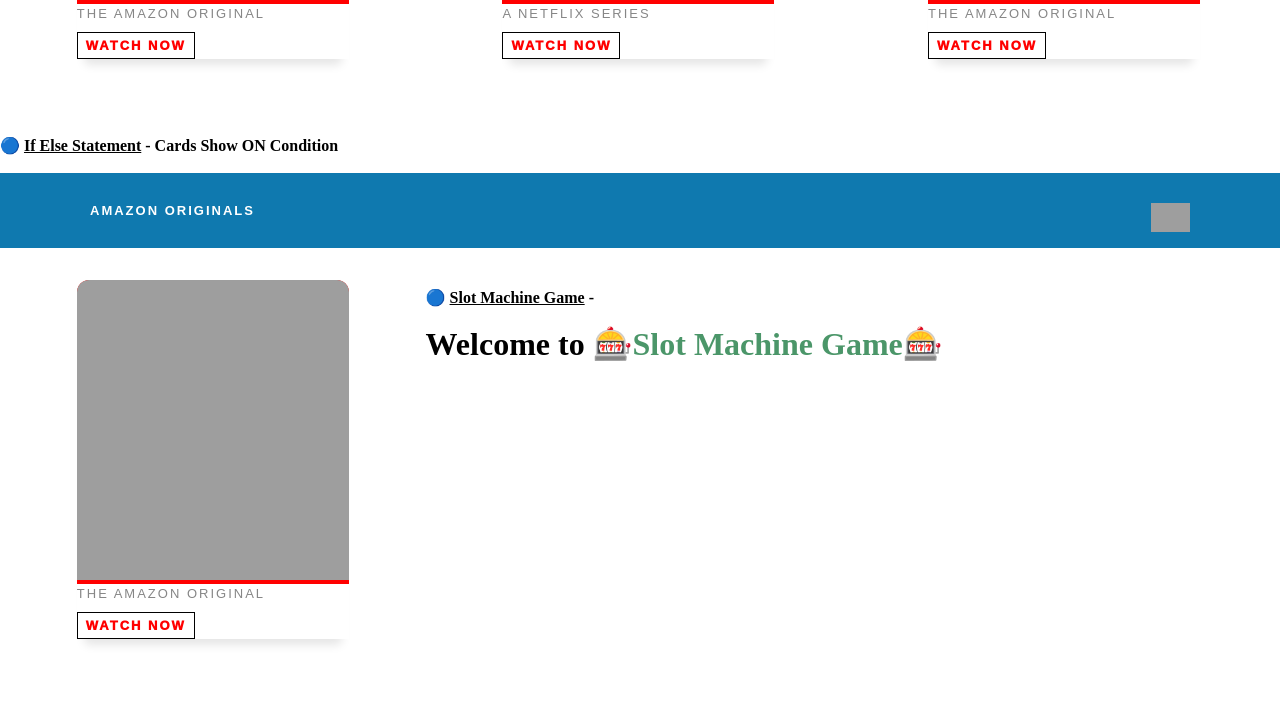
Repository: AalokJadhav/Being_ReactJS
Page: /
These files come from the project's save history. The page is drawn as it stood at one moment and after the next save; the edit follows.
The browser window is 1280 px wide. The pictures show the part of the page from y = 2507 to 3224 px (the page is 3224 px tall).
Pictures or frames that could not be fetched are drawn as grey boxes. Some web fonts or font styles are not loaded; a fallback is used. The project was rebuilt for these pictures with package versions that can differ from the ones it lists, and the page was loaded fresh each time.

Above is the page before, as saved 2021-10-19 20:36:15.

### public/index.html
<!DOCTYPE html>
<html lang="en">

<head>
  <meta charset="utf-8" />
  <link rel="icon" href="%PUBLIC_URL%/favicon.ico" />
  <meta name="viewport" content="width=device-width, initial-scale=1" />
  <meta name="theme-color" content="#000000" />
  <meta name="description" content="Web site created using create-react-app" />
  <link rel="apple-touch-icon" href="%PUBLIC_URL%/logo192.png" />
  <!--
      manifest.json provides metadata used when your web app is installed on a
      user's mobile device or desktop. See https://developers.google.com/web/fundamentals/web-app-manifest/
    -->
  <link rel="manifest" href="%PUBLIC_URL%/manifest.json" />
  <link rel="preconnect" href="https://fonts.googleapis.com">
  <link rel="preconnect" href="https://fonts.gstatic.com" crossorigin>
  <link rel="preconnect" href="https://fonts.googleapis.com">
  <link rel="preconnect" href="https://fonts.gstatic.com" crossorigin>
  <link href="https://fonts.googleapis.com/css2?family=Festive&display=swap" rel="stylesheet">
    <!--
      Notice the use of %PUBLIC_URL% in the tags above.
      It will be replaced with the URL of the `public` folder during the build.
      Only files inside the `public` folder can be referenced from the HTML.

      Unlike "/favicon.ico" or "favicon.ico", "%PUBLIC_URL%/favicon.ico" will
      work correctly both with client-side routing and a non-root public URL.
      Learn how to configure a non-root public URL by running `npm run build`.
    -->
  <title>Being React</title>
</head>

<body>
  <noscript>You need to enable JavaScript to run this app.</noscript>
  <div id="root"></div>
  <!--
      This HTML file is a template.
      If you open it directly in the browser, you will see an empty page.

      You can add webfonts, meta tags, or analytics to this file.
      The build step will place the bundled scripts into the <body> tag.

      To begin the development, run `npm start` or `yarn start`.
      To create a production bundle, use `npm run build` or `yarn build`.
    -->
</body>

</html>

### src/index.js
// var React = require ('react');
// var ReactDom = require ('react-dom');

import React from 'react';
import ReactDom from 'react-dom';
import './index.css';
import App from './App';


ReactDom.render(<App />, document.getElementById('root'));

### src/index.css

*{margin: 0; padding: 0; box-sizing: border-box;};


.h3 {
  padding-left: 0%;
}
/* Style the header with a grey background and some padding */
.header {
  overflow: hidden;
  background-color: black;
  padding: 20px 10px;
}

/* Style the header links */
.header a {
  float: left;
  color: #fff;
  text-align: center;
  padding: 12px;
  text-decoration: none;
  font-size: 18px;
  line-height: 25px;
  border-radius: 4px;
}

/* Style the logo link (notice that we set the same value of line-height and font-size to prevent the header to increase when the font gets bigger */
.header a.logo {
  font-size: 25px;
  font-weight: bold;
  font-family: cursive;
  color: #61dafb;
}

/* Style the active/current link*/
.active {
  line-height: 50px;
}

/* Float the link section to the right */
.header-right {
  float: right;
}

.heart {
	font-size: 25px;
	color: #e00;
	animation: beat .25s infinite alternate;
	transform-origin: center;
}

/* Heart beat animation */
@keyframes beat{
	to { transform: scale(1.4); }
}

.googlefont {
  font-family: 'Festive', cursive;
}
/* Add media queries for responsiveness - when the screen is 500px wide or less, stack the links on top of each other */
@media screen and (max-width: 500px) {
  .header a {
    float: none;
    display: block;
    text-align: left;
  }
  .header-right {
    float: none;
  }
}

.img_div img{
  width: 33%;
  height: 5%;
  margin: auto;
  padding-left: 2%;
}

.content {
  padding-left: 2%;
}
.sHeading1 {
  text-align: center;
}

.challenge1 {
  background-color: rgb(137, 191, 212);
  width: 40%;
  height: 20vh;
  display: flex;
  justify-content: center;
  align-items: center;
  margin-top: -0px;
  margin-left: 25px;
  border-radius: 20px;
}

.heading_styleN  {
  padding: 30px 0;
  padding-left: 90px;
  text-align: left;
  font-family: "Raleway", sans-serif;
  text-transform: uppercase;
  font-size: 13px;
  letter-spacing: 2px;
  font-weight: 5000;
  color: red;
  background-color: black;
  font-size: 1.rem;
  margin-bottom: -50px;
}

.netflixlogo {
  height: 29px;
  float: right;
  padding-right: 90px;

}
.heading_styleA  {
  padding: 30px 0;
  padding-left: 90px;
  text-align: left;
  font-family: "Raleway", sans-serif;
  text-transform: uppercase;
  font-size: 13px;
  letter-spacing: 2px;
  font-weight: 5000;
  color: white;
  background-color: #0f79af;
  font-size: 1.rem;
  margin-bottom: -50px;
}

.primelogo {
  height: 29px;
  float: right;
  padding-right: 90px;
}

.cards {
  width: 100%;
  height: auto;
}

.card {
  margin: 6%;
  transition: all 0.4s cubic-bezier(0.175, 0.885, 0, 1);
  width: 21.25%;
  border-radius: 12px;
  background-color: red;
  box-shadow: 0px 13px 10px -7px rgb(0, 0, 0, 0.1);
  float: left;
}

.card:hover {
  box-shadow: 0px 30px 18px  -8px  rgb(0, 0, 0, 0.1);
  transform: scale(1.05, 1.05);
  background-color: green;

}
.card__img {
  width: 100%;
  height: 300px;
  border-top-left-radius: 12px;
  border-top-right-radius: 12px;

}

.card__info {
  background-color: #fff;
  border-bottom-left-radius: 12px;
  border-bottom-left-radius: 12px;
  background-color: #fff;
}

.card__category {
  font-family: "Raleway", sans-serif;
  text-transform: uppercase;
  font-size: 13px;
  letter-spacing: 2px;
  font-weight: 500;
  color: #868686;
  background-color: #fff;


}

.card__title {
  margin-top: 5px;
  margin-bottom: 10px;
  text-transform: capitalize;
  font-family: "Raleway", sans-serif;
  background-color: #fff;

}

button {
  padding: 5px 8px;
  font-family: "Raleway", sans-serif;
  text-transform: uppercase;
  font-size: 13px;
  letter-spacing: 2px;
  font-weight: 1000;
  color: red;
  background-color: #fff;
  outline: none;
  border: 1px solid black;
  cursor: pointer;
}

.flash{
  animation:blinkingText 1.2s infinite;
}
@keyframes blinkingText{
  0%{     color: blue;    }
  49%{    color: chartreuse; }
  60%{    color: red; }
  99%{    color:turquoise;  }
  100%{   color: #000;    }
}

### src/App.js
import React from "react";
import './index.css';

import Navbar from './Header'
import List from "./List";
import CurrentDate from "./CurrentDate";
import RandomImages from "./RandomImages";
import InlineCss from "./InlineCss";
import SimpleGreeting from './SimpleGreeting';
import GoogleFont from "./GoogleFont";
import RComponents from "./RComponents";
import NetflixCard from "./NetflixCard";
import IfElse from "./IfElse";
import SlotMachine from "./SlotMechine";


function App() {

  return (
    <>
      <Navbar /><br /><br /><br /><br />
      <h4>Hello  World From ReactJS...✋</h4><br />
      <CurrentDate />
      <RandomImages />
      <InlineCss /> <br />
      <GoogleFont />
      <SimpleGreeting />
      <List />
      <RComponents />
      <NetflixCard />
      <IfElse /><br /><br /><br /><br /><br />
      <SlotMachine />
    </>
  );
}



export default App;


//In Pure JavaScript
var h3 = document.createElement('h3');
h3.innerHTML = 'Hello  World From Pure JavaScript...❤❤❤';
document.getElementById('root').appendChild(h3);

### src/Header.jsx
import React from "react";




function Navbar() {

  return (
    <>
    <div className="header">
        <a href="#default" className="logo"><span style={{ color: 'white'}}>Being</span> &nbsp;
        <img src="data:[embedded picture, 514 characters]" alt="" height="20"  />
           &nbsp; React</a>
      <div className="header-right">
        <h5 className="active" style={{ color: 'white'}}>Made with <span className="heart">&#x2665;</span> by Alok Jadhav</h5>
        </div>
      </div>
    </>
  );
}
export default Navbar;

### src/List.jsx
import React from "react";
import './index.css';

function List() {
  return (
    <>

      <div className="content">
      <h3>Netflix Top Series</h3>
        <ol>
          <li>Stranger Things</li>
          <li>Dark</li>
          <li>Money Heiest</li>
          <li>Elite</li>
          <li>Ozark</li>
        </ol>
      </div>
      <br />
    </>
  );
}

export default List;

### src/CurrentDate.jsx
import React from "react";


const fullDate = new Date();
const date = fullDate.toLocaleDateString();
const time = fullDate.toLocaleTimeString();


function CurrentDate() {
    return (
        <>
        <h4>🔵 <u>Display Current date and time in JSX</u> -</h4><br />
        <div className="content">
          <p>Current Date is {`${date}`} </p>
          <p>Current Time is {`${time} `} </p>
        </div>
        <br />
        </>
    );
  }

export default CurrentDate;

### src/RandomImages.jsx
import React from "react";
import './index.css';

const RandomImgUrl = 'https://picsum.photos/2000';
const RandomImgUrl1 = 'https://picsum.photos/900';
const RandomImgUrl2 = 'https://picsum.photos/800';

function RandomImages() {
  return (
    <>
    <h4>🔵 <u>JSX Attributes for random image</u> -</h4><br />
  <div className="img_div">
    <img src={RandomImgUrl} alt='random image1' />
    <img src={RandomImgUrl1} alt='random image2' />
    <img src={RandomImgUrl2} alt='random image3' />
  </div>
  <br />
  </>
  );
}

export default RandomImages;

### src/InlineCss.jsx
function InlineCss() {
    return (
        <>
            <h4 >🔵 <u>Inline or Internal CSS Styling</u> -</h4><br/>
            <div className="content">
            <h3>Being <span style={{ color: '#61dafb', fontFamily: 'serif' }}>ReactJs</span> </h3>
            </div>
        </>
    )
}

export default InlineCss;

### src/SimpleGreeting.jsx
const CurrDate = new Date(2021, 14, 10, 9);
const hour = CurrDate.getHours();
let greeting = '';

const cssStyle = {}

if (hour >= 1 && hour < 12) {
    greeting = 'Good Mooring..🙂';
    cssStyle.color = 'green';
} else if (hour >= 12 && hour < 19) {
    greeting = 'Good Afternoon..🙄';
    cssStyle.color = 'orange';
} else {
    greeting = 'Good Night..😴';
}

function SimpleGreeting() {
    return (
        <>
            <h4>🔵 <u>Challenge</u> - As Timeline change the expression of farewell (ie.Good Morning/Afternoon/Night)</h4><br />
            <div className="challenge1">
                <h1>Hello World...<span style={cssStyle}> {greeting}</span></h1>
            </div>
            <br />
        </>
    )
}

export default SimpleGreeting;

### src/GoogleFont.jsx
import React from "react";
import './index.css';


function GoogleFont() {
  return (
    <>
    <h4>🔵 <u>How to use Google Font</u> -  see font link in index.html </h4><br/>
  <div className="content">
    <h4 className="googlefont">Use Google font in React </h4>
  </div>
  <br />
  </>
  );
}

export default GoogleFont;

### src/RComponents.jsx
import React from 'react';
import Title from './Title';
import AllCharacter from './AllCharacter';

function RComponents() {
    return (
        <>
            <h4>🔵 <u>React Components</u> - Seprate Piece of code into Components</h4><br />
            <Title />
            <br />
            <AllCharacter />
            <br />
        </>
    )
}

export default RComponents;

### src/NetflixCard.jsx
import React from "react";
import Card from "./Card";
import Sdata from "./Sdata";
import Title from "./Title";

function NetflixCard() {

    return (
        <>
            <h4>🔵 <u>Props & Array with Map Arrow Function</u> - Netflix Card</h4><br />
            <Title /><br />
            {/* <h1 className="heading_styleN" >Netflix Favorite  Series</h1> */}
            {Sdata.map((val, index) => {
                console.log(index);
                return (
                    <Card
                        key={val.id}
                        imgsrc={val.imgsrc}
                        title={val.title}
                        sname={val.sname}
                        link={val.link} />
                )
            })
            }
        </>
    )
}

export default NetflixCard;

### src/IfElse.jsx
import React from "react";
import Card from "./Card";
import Sdata from "./Sdata";

const FavSeries = 'netflix';

function IfElse() {
    if (FavSeries === 'netflix') {
        return (
            <>
                <h4>🔵 <u>If Else Statement</u> - Cards Show ON Condition</h4><br />
                <h1 className="heading_styleA" >Amazon Originals <img className="primelogo" src='https://upload.wikimedia.org/wikipedia/commons/thumb/1/11/Amazon_Prime_Video_logo.svg/800px-Amazon_Prime_Video_logo.svg.png'></img> </h1>
                <Card
                    key={Sdata[1].id}
                    imgsrc={Sdata[1].imgsrc}
                    title={Sdata[1].title}
                    sname={Sdata[1].sname}
                    link={Sdata[1].link} />

            </>
        )
    } else {
        return (
            <>
                <br />
                <h4>🔵 <u>If Else Statement</u> - Cards Show with Condition</h4><br />
                <h1 className="heading_styleN" >A Netflix Originals <img className="netflixlogo" src='https://upload.wikimedia.org/wikipedia/commons/thumb/0/08/Netflix_2015_logo.svg/799px-Netflix_2015_logo.svg.png'></img> </h1>
                <Card
                    key={Sdata[2].id}
                    imgsrc={Sdata[2].imgsrc}
                    title={Sdata[2].title}
                    sname={Sdata[2].sname}
                    link={Sdata[2].link} />

            </>
        )



    }

}

export default IfElse;

### src/SlotMechine.jsx
import React from "react";

const SlotM = () => {
    let x = '😍';
    let y = '😍';
    let z = '😍';
}

const SlotMachine = () => {
    return (
        <>
         <h4>🔵 <u>Slot Machine Game</u> - </h4><br />
        <h1>Welcome to 🎰<span className="flash">Slot Machine Game</span>🎰</h1>
        </>
    )
}

export default SlotMachine;

### src/Title.jsx
import React from "react";


function Title() {
    return (
        <div className="sHeading1">
            <h2><span style={{color: 'red'}}>Netflix</span> & <span style={{color: '#0f79af'}}>Amazon</span> Top Series</h2>
        </div>

    )
}



export default Title;

### src/AllCharacter.jsx
// import { FullName } from './FullName';



const Characters = ['Ross', 'Rachel', 'Monica', 'Joey', 'Chandler', 'Phoebe'];
const AllCharacters = [];

let name = 'Alok Jadhav';
const Myname = name

Characters.forEach(function (data) {
  AllCharacters.push(<li>{data}</li>);
});

function AllCharacter() {
  return (
    <>
      <h4>🔵 <u>ES6 Modules, function Import Export</u> - </h4><br />
      <div className="content">
        <h3>F.R.I.E.N.D.S Characters</h3>
        <ol className="content">
          <li>{AllCharacters}</li>
        </ol>
        <br />
        <h3>{Myname}</h3>
      </div>
    </>
  )
}

export default AllCharacter;

### src/Card.jsx
import React from "react";
import Images from "./CardImages";
import NcardHeading from "./NcardHeading";

function Card(props) {
    return (
      <>
        <div className="cards">
          <div className="card">
            <Images  imgsrc={props.imgsrc}/>
            <div className="card__info">
              <span className="card__category">{props.title}</span>
              <NcardHeading sname={props.Sname} />
              <a href={props.link} target="_blank" rel="noreferrer">
                <button>Watch Now</button>
              </a>
            </div>
          </div>
        </div>
      </>
    )
  }

  export default Card;

### src/Sdata.jsx
const Sdata = [
  {
    id: 1,
    imgsrc:
      "http://cdn.shopify.com/s/files/1/0151/0741/products/pg1004_1024x1024.jpg?v :1578633269",
    title: "A Netflix Series",
    sname: "F.R.I.E.N.D.S",
    link: "https://www.netflix.com/in/title/70153404",
  },
  {
    id: 2,
    imgsrc: "https://talenthouse-res.cloudinary.com/image/upload/c_limit,fl_progressive,h_1280,w_1280/v1542188034/user-849291/submissions/mfa0no5fxv0d2t40jgpt.jpg",
    title: "The Amazon Original",
    sname: "Mirzapur",
    link: "https://www.primevideo.com/detail/Mirzapur/0PDOKMV9CRLOMO5EUKNCUJLG4Q",
  },
  {
    id: 3,
    imgsrc: "https://wallpapercave.com/wp/wp4056407.jpg",
    title: "A Netflix Series",
    sname: "Dark",
    link: "https://www.netflix.com/in/title/80100172",
  },
  {
    id: 4,
    imgsrc: "https://i1.wp.com/urbanasian.com/wp-content/uploads/2021/01/C5171E29-D5A4-4E14-99B2-CA462FC48FA2.png?fit=525%2C453&ssl=1",
    title: "The Amazon Original",
    sname: "The Family Man",
    link: "https://www.primevideo.com/detail/The-Family-Man/0H3DDB4KBJFNDCKKLHNRLRLVKQ",
  },
  {
    id: 5,
    imgsrc: "https://wallpapercave.com/wp/wp1839578.jpg",
    title: "A Netflix Series",
    sname: "Stranger Things",
    link: "https://www.netflix.com/in/title/80057281",
  },
  {
    id: 6,
    imgsrc: "https://www.91-cdn.com/hub/wp-content/uploads/2021/07/Paatal-Lok-highest-rated-Hindi-web-series-to-watch-on-Amazon-Prime-Video.jpg?tr=q-100",
    title: "The Amazon Original",
    sname: "Paatal Lok",
    link: "https://www.primevideo.com/detail/Paatal-Lok/0G9IEOHCN8KMY6COD9ILGH7IY5",
  },
];

export default Sdata;

### src/CardImages.jsx
import React from "react";

const Images = (props) => {
    return <img src={props.imgsrc} alt="friends" className="card__img"  />

};

export default Images;

### src/NcardHeading.jsx
import React from "react";

const NcardHeading = (props) => {
  return  <h3 className="card__title">{props.Sname}</h3>
}

export default NcardHeading;

After the next save:
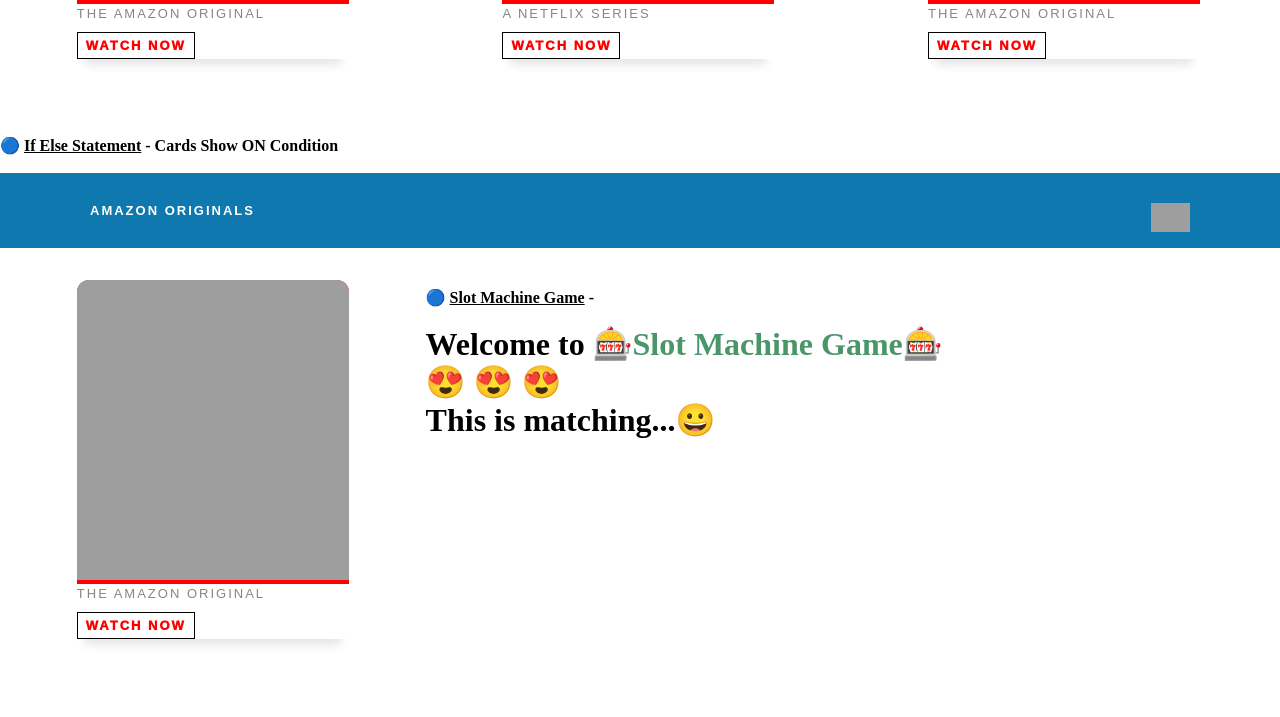
Saved 2 min 39 s later.
--- a/src/SlotMechine.jsx
+++ b/src/SlotMechine.jsx
@@ -4,6 +4,19 @@
     let x = '😍';
     let y = '😍';
     let z = '😍';
+
+    if ((x === y) && (y === z)) {
+        return (
+            <>
+            <div className="slot_inner">
+                <h1>
+                    {x} {y} {z}
+                </h1>
+                <h1> This is matching...😀</h1>
+            </div>
+            </>
+        )
+    }
 }
 
 const SlotMachine = () => {
@@ -11,6 +24,7 @@
         <>
          <h4>🔵 <u>Slot Machine Game</u> - </h4><br />
         <h1>Welcome to 🎰<span className="flash">Slot Machine Game</span>🎰</h1>
+        <SlotM  />
         </>
     )
 }
